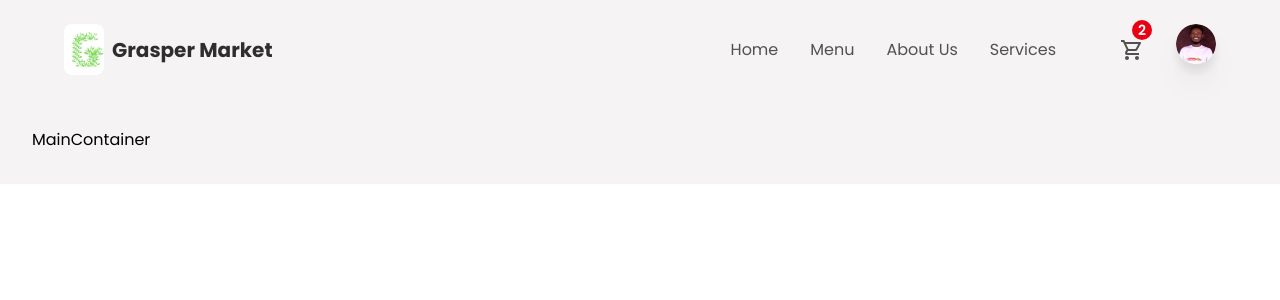
Repository: emorilebo/food-training
Page: /
These files come from the project's save history. The page is drawn as it stood at one moment and after a run of saves; the edit follows.
The browser window is 1280 px wide. The pictures show the whole page.
The project was rebuilt for these pictures with package versions that can differ from the ones it lists, and the page was loaded fresh each time. Also part of the build but not shown: src/components/CreateContainer.jsx.

Above is the page before, as saved 2022-10-02 22:13:22.

### public/index.html
<!DOCTYPE html>
<html lang="en">
  <head>
    <meta charset="utf-8" />
    <link rel="icon" href="%PUBLIC_URL%/favicon.ico" />
    <meta name="viewport" content="width=device-width, initial-scale=1" />
    <meta name="theme-color" content="#000000" />
    <meta
      name="description"
      content="Web site created using create-react-app"
    />
    <link rel="apple-touch-icon" href="%PUBLIC_URL%/logo192.png" />

    <link rel="manifest" href="%PUBLIC_URL%/manifest.json" />

    <title>Food Training</title>
  </head>
  <body>
    <noscript
      >Build as much food markets as possible man! Essense of xploring</noscript
    >
    <div id="root"></div>

  </body>
</html>

### src/index.js
import React from "react";
import ReactDOM from "react-dom";
import "./index.css";

import { BrowserRouter as Router } from "react-router-dom";

import App from "./App";
import { StateProvider } from "./context/StateProvider";
import { initialState } from "./context/initialState";
import reducer from "./context/reducer";

ReactDOM.render(
  <Router>
    <StateProvider initialState={initialState} reducer={reducer}>
      <App />
    </StateProvider>
  </Router>,
  document.getElementById("root")
);

### src/index.css
@import url(https://fonts.googleapis.com/css?family=Poppins:100,100italic,200,200italic,300,300italic,regular,italic,500,500italic,600,600italic,700,700italic,800,800italic,900,900italic);

*{
    margin: 0;
    padding: 0;
    box-sizing: border-box;
}

body{
    font-family: 'Poppins', sans-serif;
}

html, body{
    scroll-behavior: smooth;

}

@tailwind base;
@tailwind components;
@tailwind utilities;

### src/App.jsx
import React from 'react'
import { CreateContainer, Header, MainContainer } from './components'
import {Route, Routes} from "react-router-dom"

const App = () => {
  return (
    <div className='w-screen h-auto flex flex-col bg-primary'>
      <Header/>
      <main className="mt-24 p-8 w-full">
        <Routes>
          <Route path='/' element={<MainContainer/>}/>
          <Route path='/createItem' element={<CreateContainer/>}/>
        </Routes>
      </main>
    </div>
  )
}

export default App

### src/context/StateProvider.js
import React, { createContext, useContext, useReducer } from "react";

export const StateContext = createContext();

export const StateProvider = ({ reducer, initialState, children }) => (
    <StateContext.Provider value={useReducer(reducer, initialState)}>
      {children}
    </StateContext.Provider>
  );

  export const useStateValue = () => useContext(StateContext);

### src/context/initialState.js


export const initialState = {
    user: null,
    // foodItems: null,
    // cartShow: false,
    // cartItems: cartInfo,
  };

### src/context/reducer.js
export const actionType = {
    SET_USER: "SET_USER",
    // SET_FOOD_ITEMS: "SET_FOOD_ITEMS",
    // SET_CART_SHOW: "SET_CART_SHOW",
    // SET_CARTITEMS: "SET_CARTITEMS",
  };


  const reducer = (state, action) => {
    console.log(action);

    switch (action.type) {
      case actionType.SET_USER:
        return {
          ...state,
          user: action.user,
        };

    //   case actionType.SET_FOOD_ITEMS:
    //     return {
    //       ...state,
    //       foodItems: action.foodItems,
    //     };

    //   case actionType.SET_CART_SHOW:
    //     return {
    //       ...state,
    //       cartShow: action.cartShow,
    //     };

    //   case actionType.SET_CARTITEMS:
        // return {
        //   ...state,
        //   cartItems: action.cartItems,
        // };

      default:
        return state;
    }
  };

  export default reducer;

### src/components/index.js
export {default as Header} from "./Header"
export {default as MainContainer} from "./MainContainer"
export {default as CreateContainer} from "./CreateContainer"

### src/components/Header.jsx
import React from "react";
import Logo from "../img/grasperlogo.png";
import Avatar from "../img/emori.jpeg";
import { MdOutlineShoppingCart } from "react-icons/md";
import { motion } from "framer-motion";
import { Link } from "react-router-dom";
import { getAuth, signInWithPopup, GoogleAuthProvider } from "firebase/auth";
import { app } from "../firebase.config";
import { useStateValue } from "../context/StateProvider";
import { actionType } from "../context/reducer";

const Header = () => {
  const firebaseAuth = getAuth(app);
  const provider = new GoogleAuthProvider();

  const [{ user, cartShow, cartItems }, dispatch] = useStateValue();

  const login = async () => {
    const {user: { refreshToken, providerData }, } = await signInWithPopup(firebaseAuth, provider);
    dispatch({type: actionType.SET_USER,  user: providerData[0],});
  };

  return (
    <header className="fixed z-50 w-screen p-6 px-16 ">
      {/* Desktop and tablet */}
      <div className="hidden md:flex w-full h-full justify-between">
        <Link to={"/"} className="flex items-center gap-2 cursor-pointer ">
          <img className="w-10 object-cover rounded-lg" src={Logo} alt="logo" />
          <p className="text-xl font-bold text-headingColor">Grasper Market</p>
        </Link>

        <div className="flex  gap-x-8">
          <ul className="flex items-center gap-x-8 ">
            <li className="text-base text-textColor cursor-pointer hover:text-headingColor duration-100 transition-all ease-in-out">
              Home
            </li>
            <li className="text-base text-textColor cursor-pointer hover:text-headingColor duration-100 transition-all ease-in-out">
              Menu
            </li>
            <li className="text-base text-textColor cursor-pointer hover:text-headingColor duration-100 transition-all ease-in-out">
              About Us
            </li>
            <li className="text-base text-textColor cursor-pointer hover:text-headingColor duration-100 transition-all ease-in-out">
              Services
            </li>
          </ul>

          <div className="flex relative items-center justify-center">
            <MdOutlineShoppingCart className="text-textColor text-2xl ml-8 cursor-pointer" />
            <div className="absolute -top-1 -right-2 w-5 h-5 rounded-full bg-cartNumBg flex items-center justify-center">
              <p className="text-sm text-white font-semibold">2</p>
            </div>
          </div>

          <div className="relative">
            <motion.img
              whileTap={{ scale: 0.6 }}
              className=" rounded-full w-10 min-w-[40px] h-10 min-h-[40px] drop-shadow-xl cursor-pointer"
              src={Avatar}
              alt="profile"
              onClick={login}
            />
          </div>
        </div>
      </div>

      {/* mobile */}
      <div className="flex md:hidden w-full h-full bg-blue-500 p-4"></div>
    </header>
  );
};

export default Header;

### src/firebase.config.js

import {getApp, getApps, initializeApp } from "firebase/app";
import {getFirestore} from "firebase/firestore"
import {getStorage} from "firebase/storage"

const firebaseConfig = {
  apiKey: "AIzaSyCcRxz_zb98BEFcrM0N2SHjOUpbAZQQAm0",
  authDomain: "food-training-4893f.firebaseapp.com",
  databaseURL: "https://food-training-4893f-default-rtdb.firebaseio.com",
  projectId: "food-training-4893f",
  storageBucket: "food-training-4893f.appspot.com",
  messagingSenderId: "895592056562",
  appId: "1:895592056562:web:19e3952b09148259f0b26b"
};

// Initialize Firebase
const app = getApps.length > 0 ? getApp() : initializeApp(firebaseConfig);

const firestore = getFirestore(app);
const storage = getStorage(app);

export { app, firestore, storage };

### tailwind.config.js
/** @type {import('tailwindcss').Config} */
module.exports = {
  content: ["./src/**/*.{js,jsx,ts,tsx}"],
  theme: {
    extend: {
      width: {
        150: "150px",
        190: "190px",
        225: "225px",
        275: "275px",
        300: "300px",
        340: "340px",
        350: "350px",
        375: "375px",
        460: "460px",
        656: "656px",
        880: "880px",
        508: "508px",
      },
      height: {
        80: "80px",
        150: "150px",
        225: "225px",
        300: "300px",
        340: "340px",
        370: "370px",
        420: "420px",
        510: "510px",
        600: "600px",
        650: "650px",
        685: "685px",
        800: "800px",
        "90vh": "90vh",
      },
      minWidth: {
        210: "210px",
        350: "350px",
        620: "620px",
      },
      screens: {
        sm: "640px",
        md: "768px",
        lg: "1024px",
        xl: "1280px",
        "2xl": "1536px",
      },
      colors: {
        headingColor: "#2e2e2e",
        textColor: "#515151",
        cartNumBg: "#e80013",
        primary: "#f5f3f3",
        cardOverlay: "rgba(256,256,256,0.4)",
        lighttextGray: "#9ca0ab",
        card: "rgba(256,256,256,0.8)",
        cartBg: "#282a2c",
        cartItem: "#2e3033",
        cartTotal: "#343739",
      },
    },
  },
  plugins: [],
};

Loaded but not shown: src/components/MainContainer.jsx (common file)

After the next 2 saves:
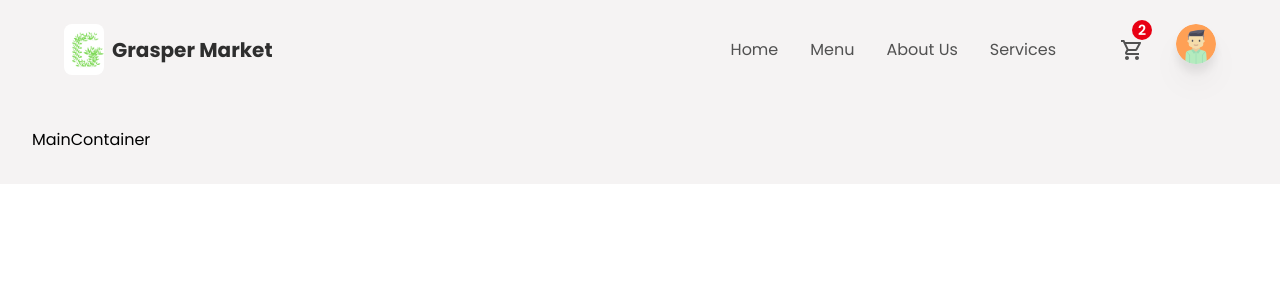
The 2 saves are shown as one change because they came seconds apart.
The last was saved 11 min 37 s later.
--- a/src/components/Header.jsx
+++ b/src/components/Header.jsx
@@ -1,6 +1,6 @@
 import React from "react";
 import Logo from "../img/grasperlogo.png";
-import Avatar from "../img/emori.jpeg";
+import Avatar from "../img/avatar.png";
 import { MdOutlineShoppingCart } from "react-icons/md";
 import { motion } from "framer-motion";
 import { Link } from "react-router-dom";
